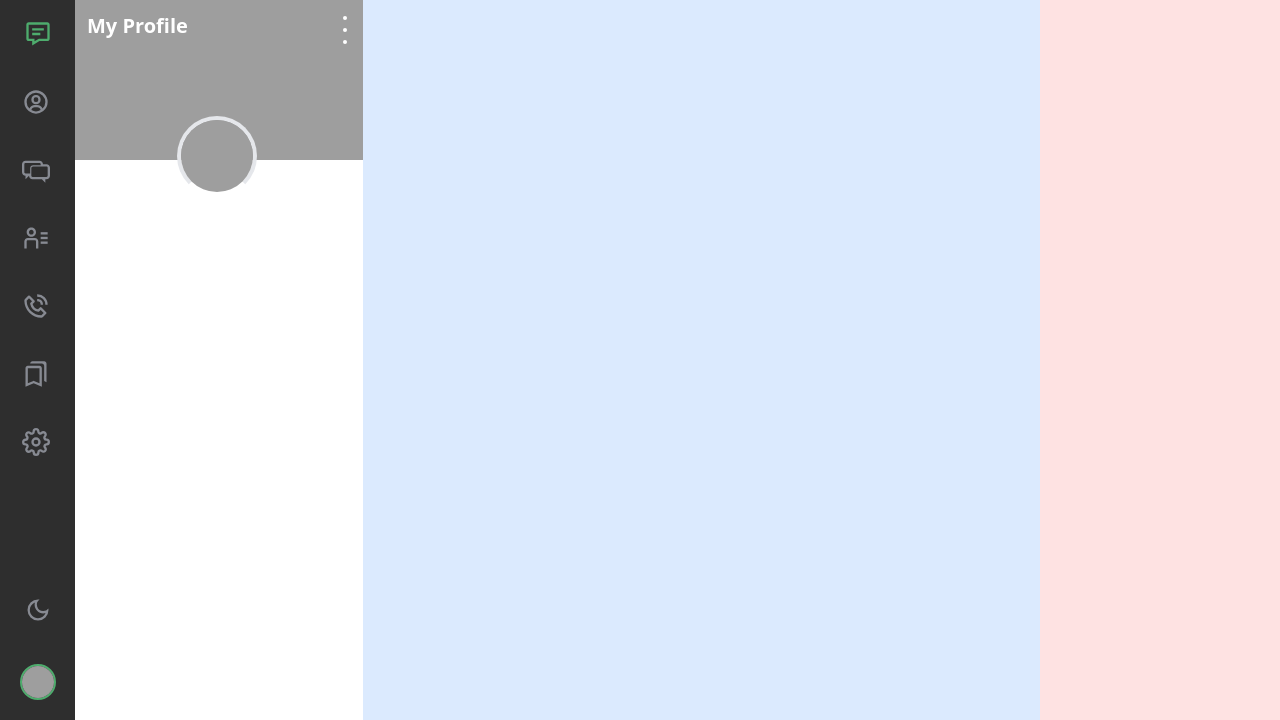
Repository: satya-ranjon/Chat-app
Page: /
An editor plug-in stored every save of this project. The page is shown before and after the next save, followed by the edit.
The browser window is 1280 px wide. The pictures show the whole page.
Pictures or frames that could not be fetched are drawn as grey boxes. The project was rebuilt for these pictures with package versions that can differ from the ones it lists, and the page was loaded fresh each time.

Above is the page before, as saved 2022-03-31 03:44:08.

### src/index.js
import * as ReactDOMClient from "react-dom/client";
import "./index.css";
import App from "./App";

const root = ReactDOMClient.createRoot(document.getElementById("root"));
root.render(<App />);

### src/App.jsx
import React from "react";
// import Chats from "./components/Chats/Chats";
import MyProfile from "./components/MyProfile/MyProfile";
import SideBarManu from "./components/SideBarManu";
import UserChat from "./components/UserChat";
import UserProfileSidebar from "./components/UserProfileSidebar";

export default function App() {
  return (
    <div className="flex">
      <SideBarManu />
      {/* <Chats /> */}
      <MyProfile />
      <UserChat />
      <UserProfileSidebar />
    </div>
  );
}

### src/components/MyProfile/MyProfile.jsx
import React from "react";
import UserImage from "../UserImage";
const Image =
  "https://img.freepik.com/free-photo/modern-living-room-interior-with-sofa-green-plants-lamp-table-dark-wall-background_41470-1528.jpg?w=996&t=st=1648676636~exp=1648677236~hmac=3f890077ce9371578c992216baf3e8f401b234873628a920daaf2d4174ff41ce";

export default function MyProfile() {
  return (
    <div className="sm:w-72 h-screen w-40 ">
      <div className="relative">
        <img src={Image} alt={Image} className="w-full h-40" />
        <UserImage className="w-16 h-16 sm:w-20 sm:h-20 rounded-full absolute sm:-bottom-9  -bottom-7 sm:right-[6.6rem]  right-12  border-4 border-b-white" />
        <p className=" absolute top-0 left-0 p-3 text-white font-semibold text-xl">
          My Profile
        </p>
        <div className="flex flex-col top-0 right-0 absolute p-3 cursor-pointer">
          <p className="bg-white w-1 h-1 rounded-full m-1"></p>
          <p className="bg-white w-1 h-1 rounded-full m-1"></p>
          <p className="bg-white w-1 h-1 rounded-full m-1"></p>
        </div>
      </div>
    </div>
  );
}

### src/components/SideBarManu.jsx
import React, { useState } from "react";
import { BiMessageDetail, BiUserCircle, BiPhoneCall } from "react-icons/bi";
import { TiMessages } from "react-icons/ti";
import { CgUserList } from "react-icons/cg";

import {
  MdOutlineBookmarks,
  MdOutlineDarkMode,
  MdOutlineLightMode,
} from "react-icons/md";
import { FiSettings } from "react-icons/fi";
import UserImage from "./UserImage";

export default function SideBarManu() {
  const [toggle, setToggle] = useState(true);
  return (
    <div className="w-[75px] h-screen bg-[#2e2e2e] flex flex-col justify-between">
      <div className="flex flex-col">
        <BiMessageDetail
          color="#4eac6d"
          className="text-center  m-5 cursor-pointer mx-auto "
          size={28}
        />
        <div
          className={` ${
            toggle ? `border-[#2e2e2e]` : `border-[#4eac6d]`
          } border-r-4 transition-all duration-200  `}
          onClick={() => setToggle((prev) => !prev)}
        >
          <BiUserCircle
            color={toggle ? `#878a92` : `#4eac6d`}
            className="text-center  m-5 cursor-pointer mx-auto   "
            size={28}
          />
        </div>
        <div className="border-r-4 border-[#2e2e2e] transition-all duration-200 ">
          <TiMessages
            color="#878a92"
            className="text-center  m-5 cursor-pointer mx-auto"
            size={28}
          />
        </div>
        <div className="border-r-4 border-[#2e2e2e] transition-all duration-200 ">
          <CgUserList
            color="#878a92"
            className="text-center  m-5 cursor-pointer mx-auto"
            size={28}
          />
        </div>
        <div className="border-r-4 border-[#2e2e2e] transition-all duration-200 ">
          <BiPhoneCall
            color="#878a92"
            className="text-center  m-5 cursor-pointer mx-auto"
            size={28}
          />
        </div>
        <div className="border-r-4 border-[#2e2e2e] transition-all duration-200 ">
          <MdOutlineBookmarks
            color="#878a92"
            className="text-center  m-5 cursor-pointer mx-auto"
            size={28}
          />
        </div>
        <div className="border-r-4 border-[#2e2e2e] transition-all duration-200 ">
          <FiSettings
            color="#878a92"
            className="text-center  m-5 cursor-pointer mx-auto"
            size={28}
          />
        </div>
      </div>
      <div className="flex flex-col">
        <MdOutlineDarkMode
          color="#878a92"
          className="text-center  m-5 cursor-pointer mx-auto"
          size={28}
        />
        {/* <MdOutlineLightMode
          color="#878a92"
          className="text-center  m-5 cursor-pointer mx-auto"
          size={28}
        /> */}
        <UserImage className="w-9 h-9 rounded-full mx-auto  m-5 border-2 border-[#4eac6d]" />
      </div>
    </div>
  );
}

### src/components/UserChat.jsx
import React from "react";

export default function UserChat() {
  return <div className="flex-grow h-screen bg-blue-100"></div>;
}

### src/components/UserProfileSidebar.jsx
import React from "react";

export default function UserProfileSidebar() {
  return <div className="w-60 h-screen bg-red-100"></div>;
}

### src/components/UserImage.jsx
import React from "react";

export default function UserImage({ className }) {
  return (
    <img
      className={className}
      src="https://media.istockphoto.com/photos/smiling-man-outdoors-in-the-city-picture-id1179420343"
      alt="profile pic"
    />
  );
}

Loaded but not shown: public/index.html (common file); src/index.css (common file); tailwind.config.js (common file)

After the next save:
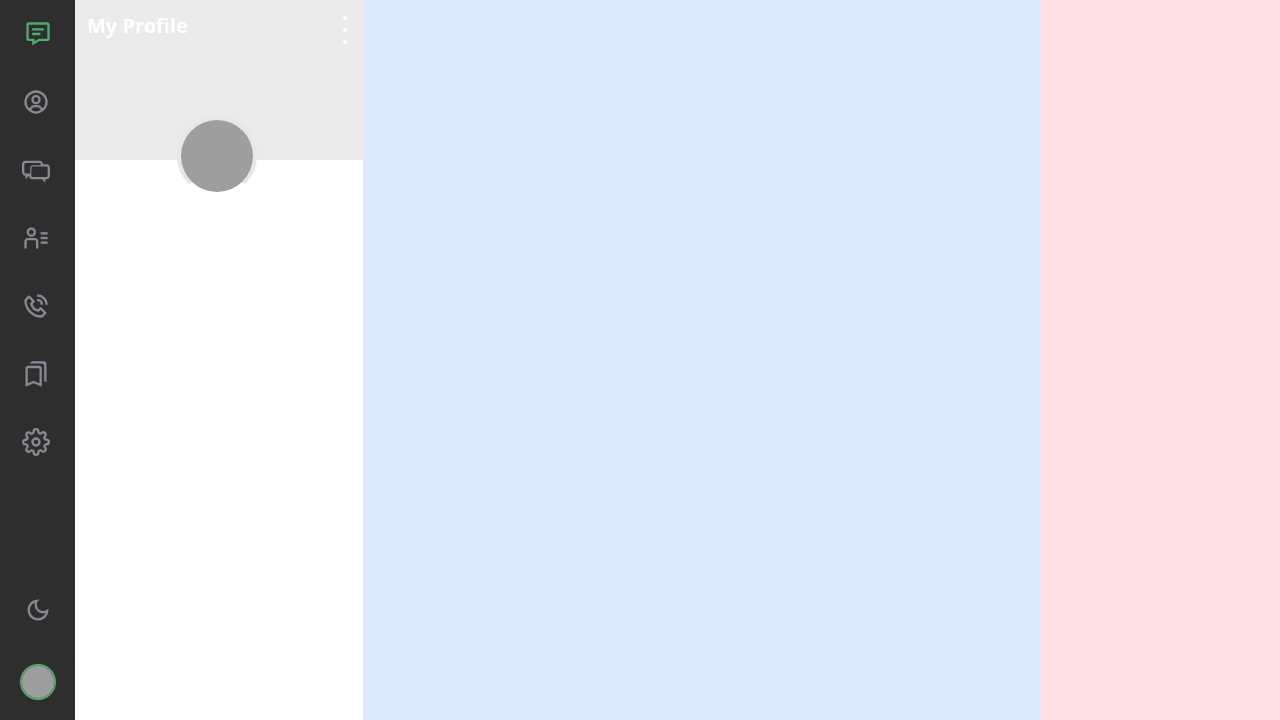
Saved 28 s later.
--- a/src/components/MyProfile/MyProfile.jsx
+++ b/src/components/MyProfile/MyProfile.jsx
@@ -7,7 +7,7 @@
   return (
     <div className="sm:w-72 h-screen w-40 ">
       <div className="relative">
-        <img src={Image} alt={Image} className="w-full h-40" />
+        <img src={Image} alt={Image} className="w-full h-40 opacity-20" />
         <UserImage className="w-16 h-16 sm:w-20 sm:h-20 rounded-full absolute sm:-bottom-9  -bottom-7 sm:right-[6.6rem]  right-12  border-4 border-b-white" />
         <p className=" absolute top-0 left-0 p-3 text-white font-semibold text-xl">
           My Profile

After the 3 saves that followed:
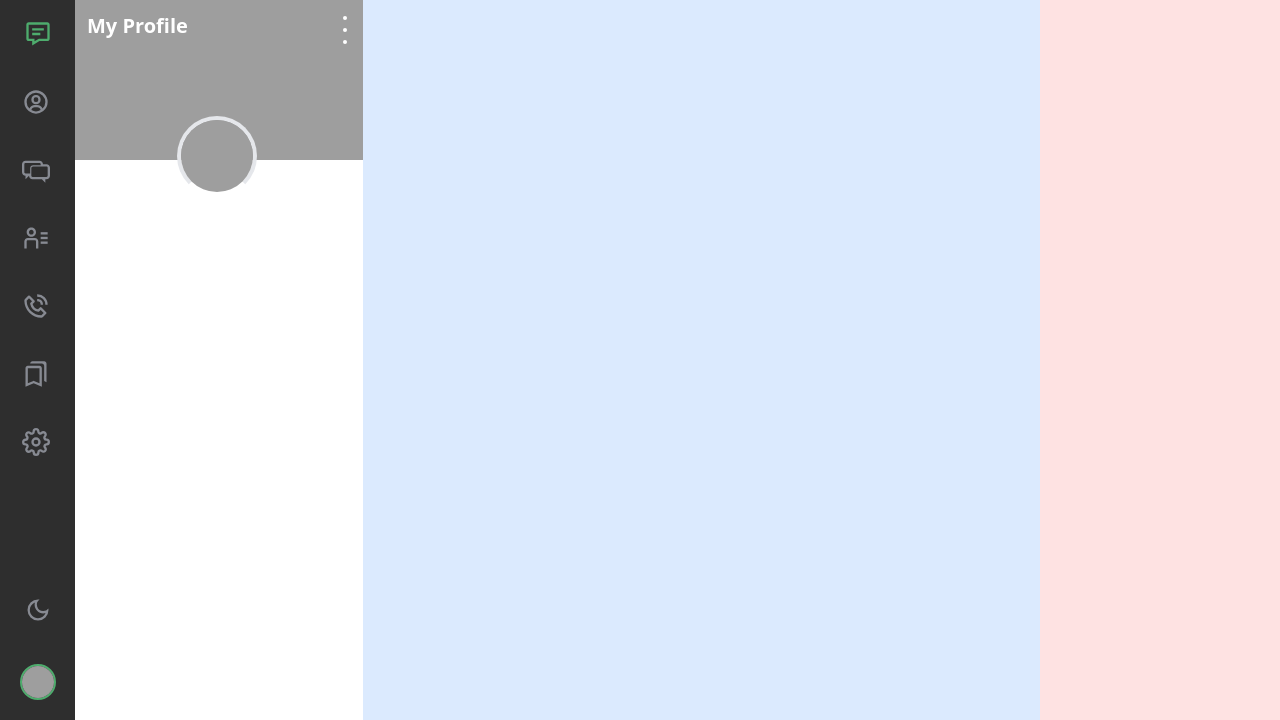
The 3 saves are shown as one change because 2 left the picture as it was.
The last was saved 52 s later.
--- a/src/components/MyProfile/MyProfile.jsx
+++ b/src/components/MyProfile/MyProfile.jsx
@@ -7,7 +7,7 @@
   return (
     <div className="sm:w-72 h-screen w-40 ">
       <div className="relative">
-        <img src={Image} alt={Image} className="w-full h-40 opacity-20" />
+        <img src={Image} alt={Image} className="w-full h-40  " />
         <UserImage className="w-16 h-16 sm:w-20 sm:h-20 rounded-full absolute sm:-bottom-9  -bottom-7 sm:right-[6.6rem]  right-12  border-4 border-b-white" />
         <p className=" absolute top-0 left-0 p-3 text-white font-semibold text-xl">
           My Profile
